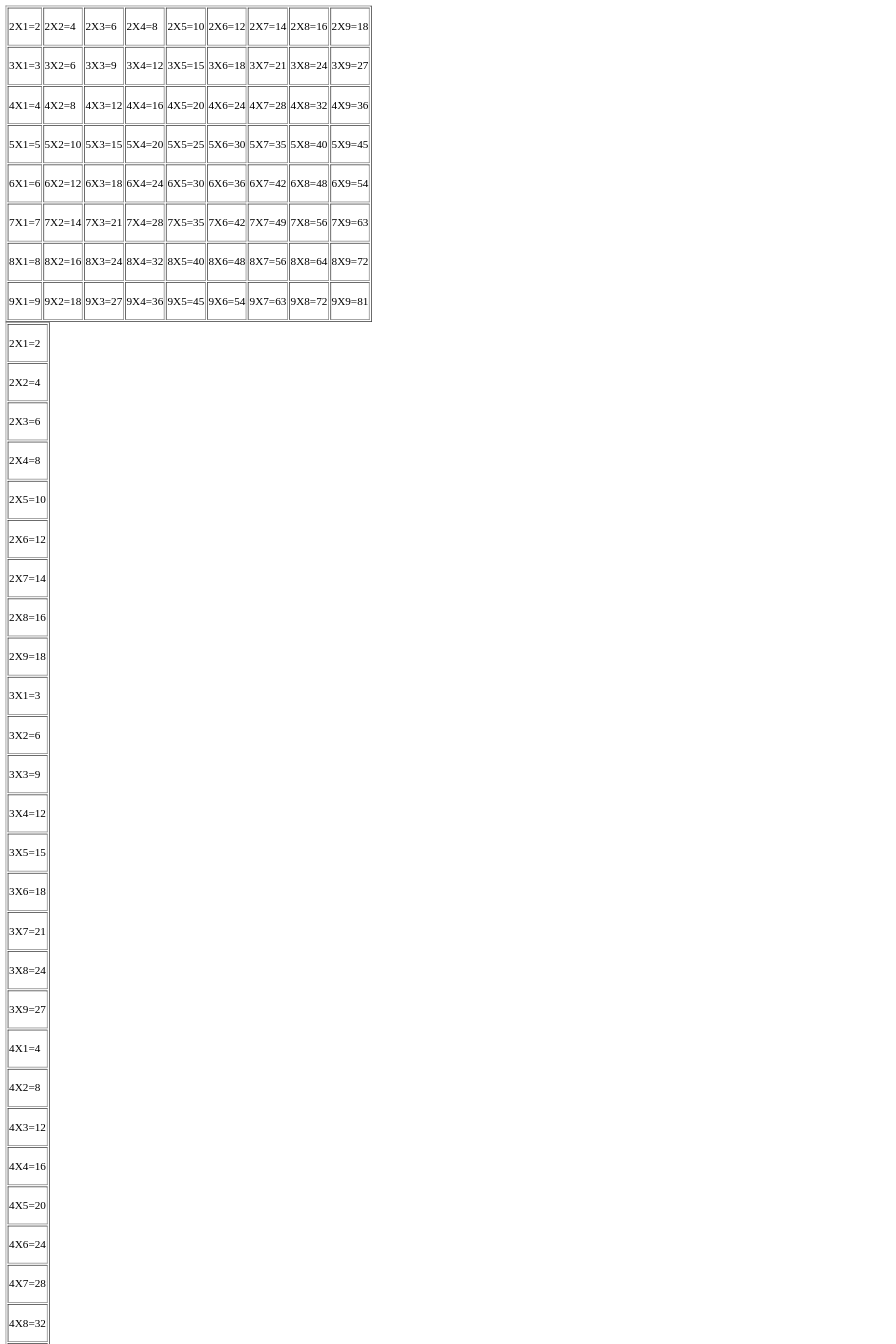
Repository: SanctusAlbino/Jsp_Servlet
Page: http://localhost/03.Tag/01.Script/Ex04For.jsp
These files come from the project's save history. The page is drawn as it stood at one moment and after the next save; the edit follows.
The browser window is 1280 px wide. The pictures show the part of the page from y = 0 to 1920 px (the page is 4504 px tall before and 920 px after), at 70% of full size.
The page is served by Tomcat 9.

Above is the page before, as saved 2023-05-19 02:28:19.

### 03.Tag/src/main/webapp/01.Script/Ex04For.jsp
<%@ page language="java" contentType="text/html; charset=UTF-8"
    pageEncoding="UTF-8"%>
<!DOCTYPE html>
<html>
<head>
<meta charset="UTF-8">
<title>Insert title here</title>
</head>
<body>
	<table border="1px solid black">
		<%for(int i =2; i<10; i++){%>
		<tr>
		<% for(int j=1; j<10; j++){%>
			<td><p><%=i%>X<%=j%>=<%=i*j%></p></td>
		<% }%>
		</tr>
	<%}%>
	</table>
	<table border="1px solid black">
		<%for(int i =2; i<10; i++){%>
		<% for(int j=1; j<10; j++){%>
		<tr>
			<td><p><%=i%>X<%=j%>=<%=i*j%></p></td>
		</tr>
		<% }%>
	<%}%>
	</table>


</body>
</html>

After the next save:
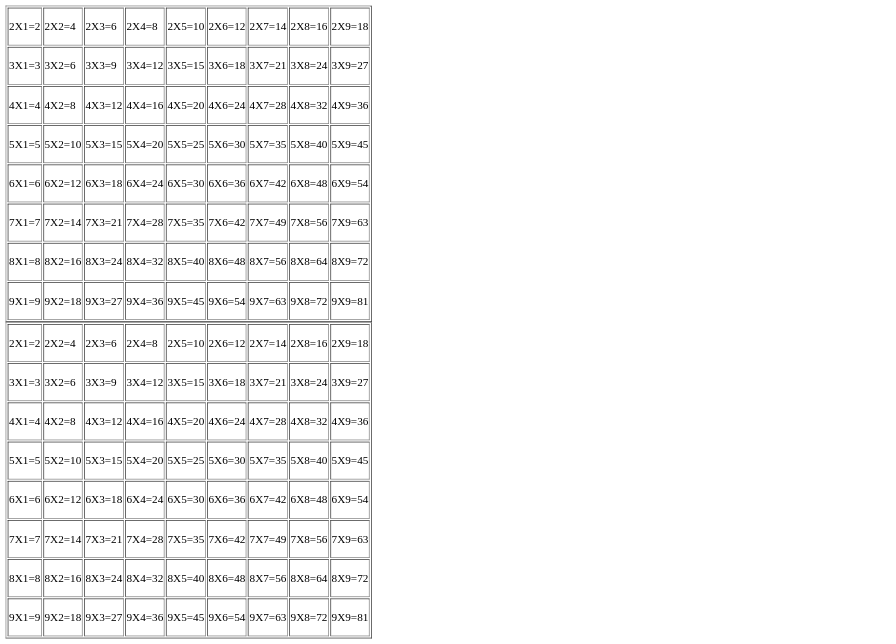
Saved 96 s later.
--- a/03.Tag/src/main/webapp/01.Script/Ex04For.jsp
+++ b/03.Tag/src/main/webapp/01.Script/Ex04For.jsp
@@ -17,12 +17,12 @@
 	<%}%>
 	</table>
 	<table border="1px solid black">
+		<tr>
 		<%for(int i =2; i<10; i++){%>
 		<% for(int j=1; j<10; j++){%>
-		<tr>
 			<td><p><%=i%>X<%=j%>=<%=i*j%></p></td>
+		<% }%>
 		</tr>
-		<% }%>
 	<%}%>
 	</table>
 
